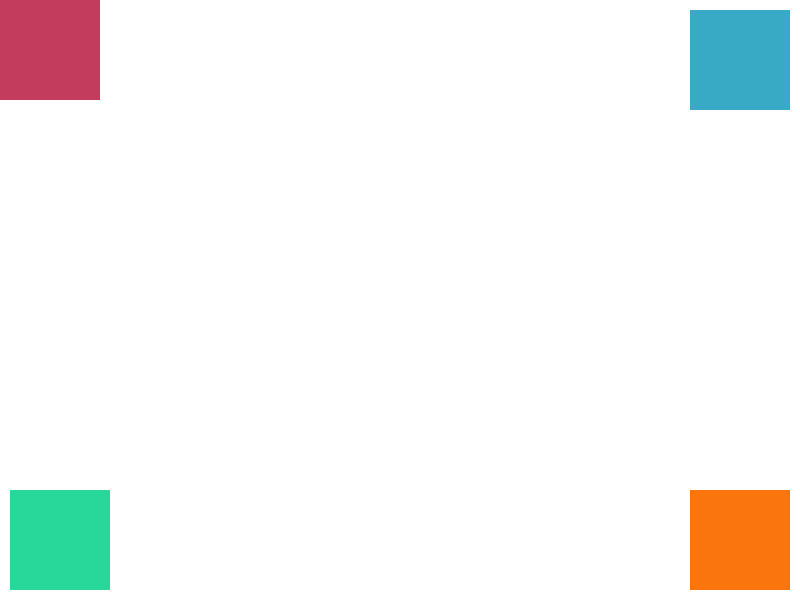
Repository: AlanVidalll/Curso-Java-Completo
Program's window: java exercicios-javafx/src/layout/AppLayout.java
The author's editor kept a copy of each file at every save. The program's window is drawn from the files as they stood at one save, then again after the next save.
It runs on Java 21 on a 1366 x 768 screen with JavaFX 11; the title bar is not drawn.

Above is the program's window before, as saved 2020-04-11 13:00:43.

### exercicios-javafx/src/layout/AppLayout.java
package layout;

import javafx.application.Application;
import javafx.scene.Scene;
import javafx.stage.Stage;

public class AppLayout extends Application {

	@Override
	public void start(Stage primaryStage) throws Exception {

		Scene principal = new Scene(new TesteAnchorPane(),800,600);

		primaryStage.setScene(principal);
		primaryStage.setTitle("Gerenciadores de Layout");
		primaryStage.show();
	}

	public static void main(String[] args) {
		launch(args);
	}

}

### exercicios-javafx/src/layout/TesteAnchorPane.java
package layout;

import javafx.scene.layout.AnchorPane;

public class TesteAnchorPane extends AnchorPane {

	public TesteAnchorPane() {

		Quadrado q1 = new Quadrado();

		Quadrado q2 = new Quadrado();
		setTopAnchor(q2, 10.0);
		setRightAnchor(q2, 10.0);

		Quadrado q3 = new Quadrado();
		setBottomAnchor(q3, 10.0);
		setLeftAnchor(q3, 10.0);

		Quadrado q4 = new Quadrado();
		setBottomAnchor(q4, 10.0);
		setRightAnchor(q4, 10.0);

		getChildren().addAll(q1,q2,q3,q4);
	}


}

### exercicios-javafx/src/layout/Quadrado.java
package layout;

import javafx.scene.paint.Color;
import javafx.scene.shape.Rectangle;

public class Quadrado extends Rectangle {

	private static int i = 0;

	private String[] cores = {
			"c33c5e", "39aac6",
			"28d79a", "fb750e",
			"6657a8", "f9060e"

	};

	public Quadrado() {
		this(100, 100);
	}

	public Quadrado(int largura, int altura) {

		setWidth(largura);
		setHeight(altura);

		setFill(Color.web(cores[i]));
		;
		i++;
		if (i == 6)
			i = 0;
	}

}

After the next save:
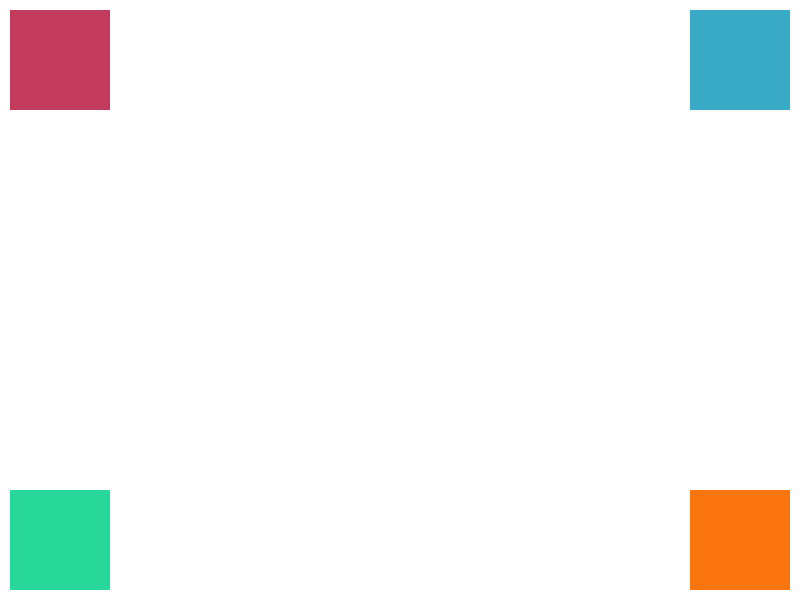
Saved 64 s later.
--- a/exercicios-javafx/src/layout/TesteAnchorPane.java
+++ b/exercicios-javafx/src/layout/TesteAnchorPane.java
@@ -7,6 +7,8 @@
 	public TesteAnchorPane() {
 
 		Quadrado q1 = new Quadrado();
+		setTopAnchor(q1, 10.0);
+		setLeftAnchor(q1, 10.0);
 
 		Quadrado q2 = new Quadrado();
 		setTopAnchor(q2, 10.0);
